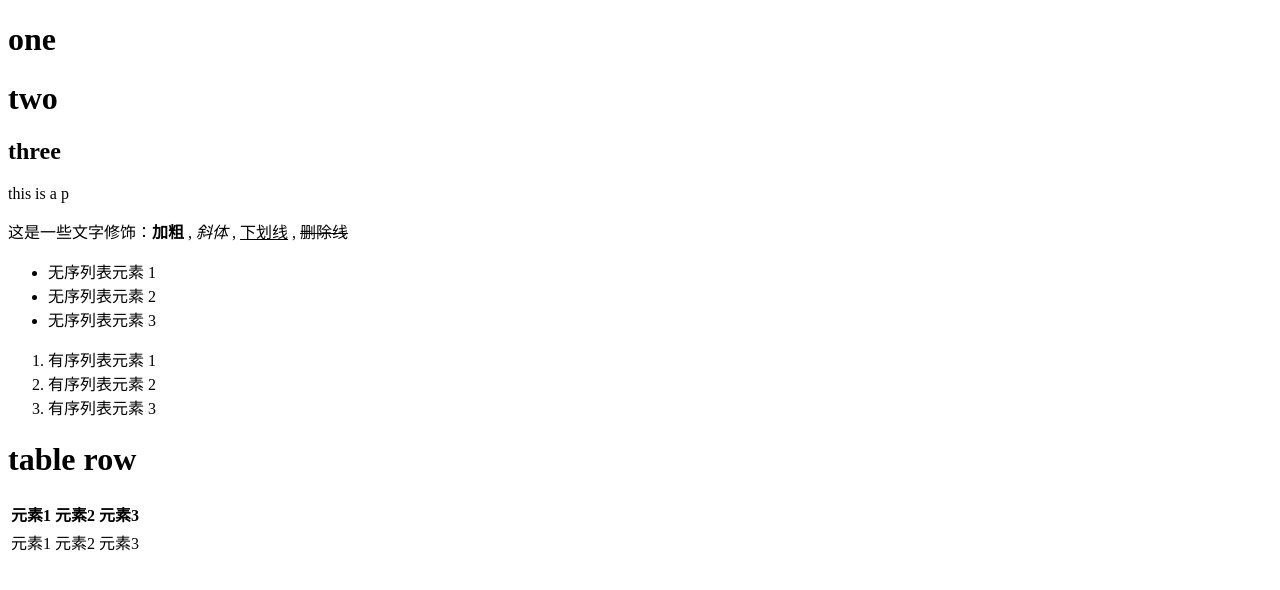
Repository: supercubes/Web
Page: first.html
The author's editor kept a copy of each file at every save. The page is drawn from the files as they stood at one save, then again after a run of saves.
The browser window is 1280 px wide. The pictures show the whole page.

Above is the page before, as saved 2025-03-21 20:18:56.

After the next 2 saves:
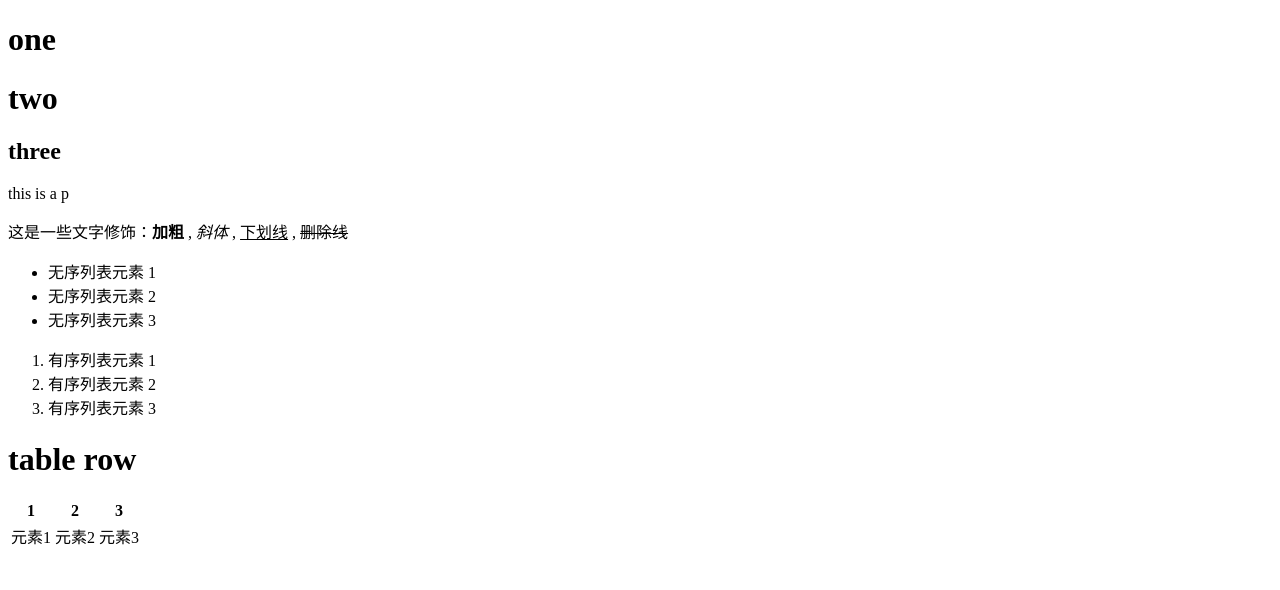
The 2 saves are shown as one change because they came seconds apart.
The last was saved 33 s later.
--- a/first.html
+++ b/first.html
@@ -27,9 +27,9 @@
 <h1>table row</h1>
 <table>
     <tr>
-        <th>元素1</th>
-        <th>元素2</th>
-        <th>元素3</th>
+        <th>1</th>
+        <th>2</th>
+        <th>3</th>
     </tr>
     <tr>
         <td>元素1</td>
